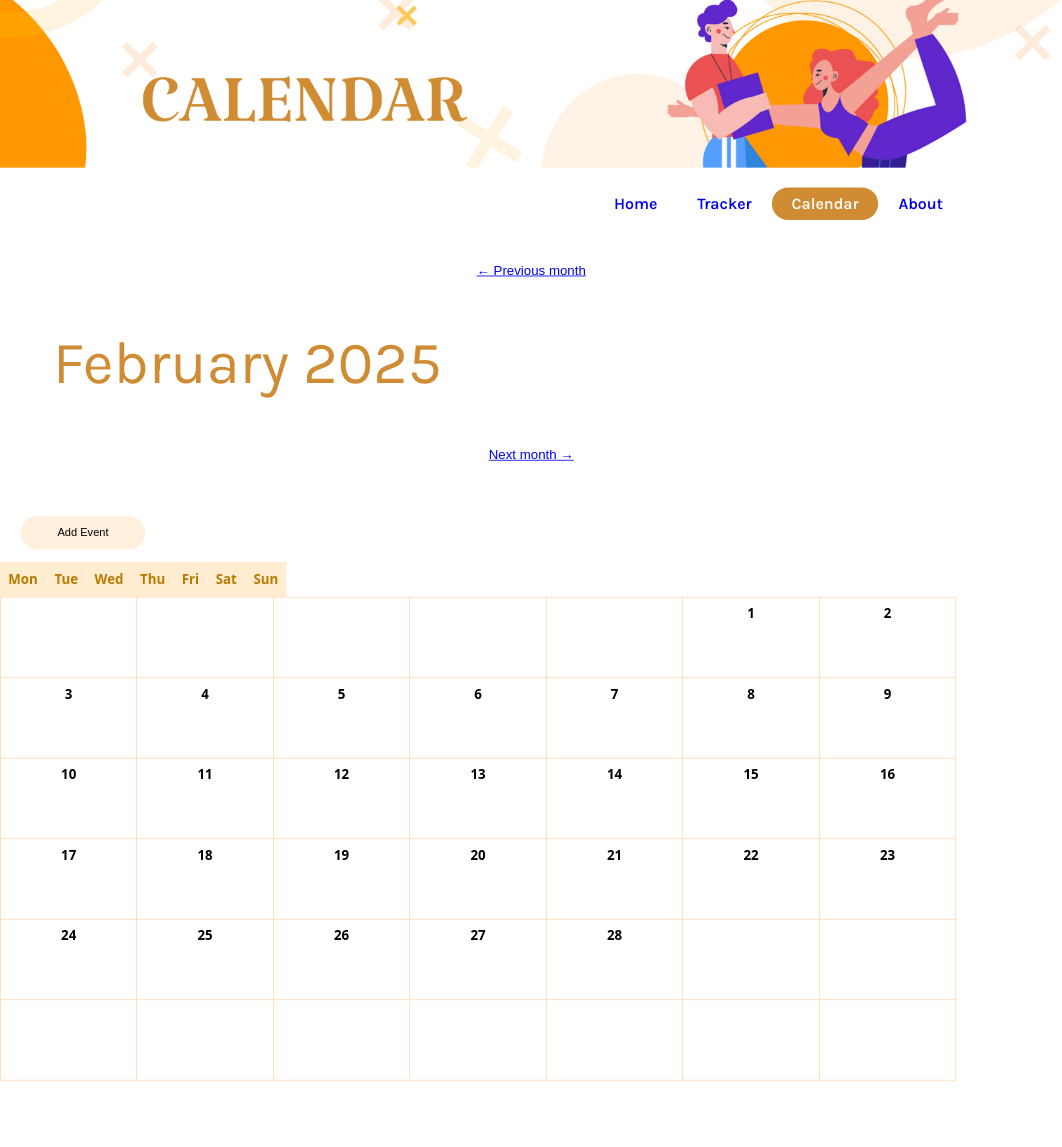
Repository: SandyLy453/habit-tracker
Page: http://localhost/calendar?month=1&year=2025
An editor plug-in stored every save of this project. The page is shown before and after the next save, followed by the edit.
The browser window is 1280 px wide. The pictures show the whole page, at 83% of full size.
Some web fonts or font styles are not loaded; a fallback is used. The page is served by the project's Node server (server.js).

Above is the page before, as saved 2025-03-16 18:11:54.

After the next save:
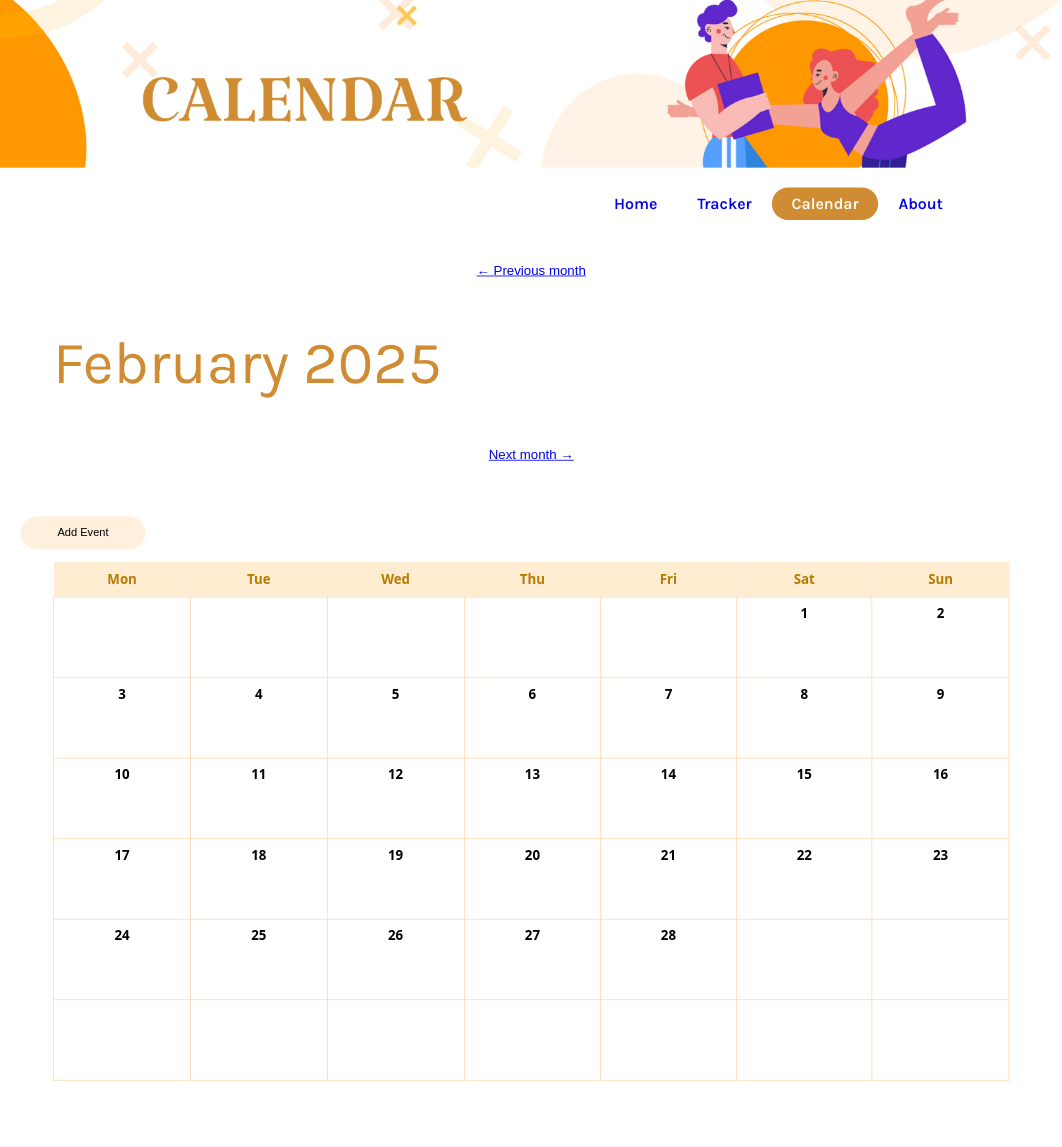
Saved 16 s later.
--- a/public/styles.css
+++ b/public/styles.css
@@ -316,9 +316,7 @@ body {
     width: 90vw;
     border-collapse: collapse;
     border-radius: 30px;
-    display: flex;
-    flex-direction: column;
-    justify-content: center;
+    margin: auto;
 }
 
 .calendar-table th {
